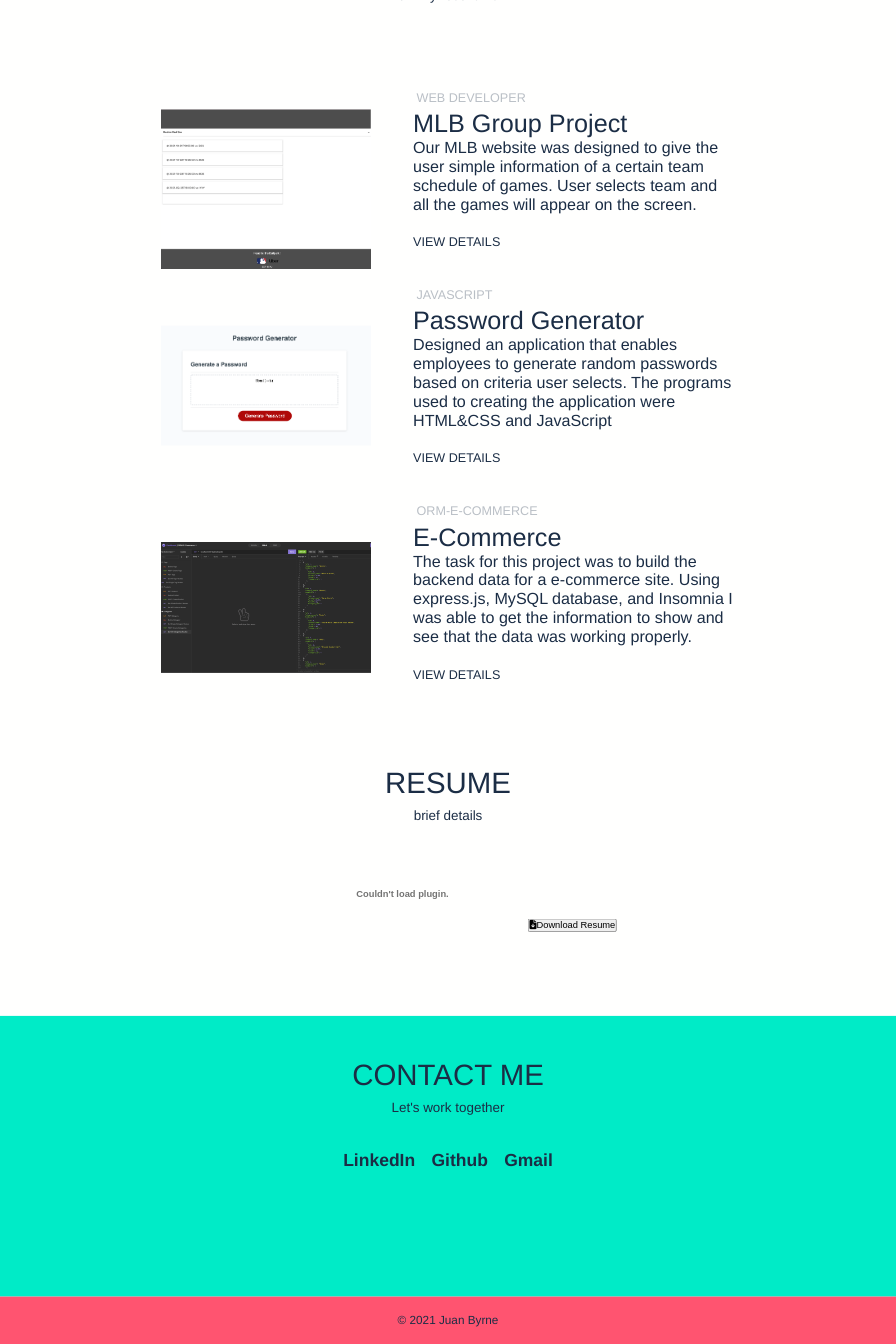
Repository: jb150524/JB-Portfolio
Page: index.html
The author's editor kept a copy of each file at every save. The page is drawn from the files as they stood at one save, then again after the next save.
The browser window is 1280 px wide. The pictures show the part of the page from y = 2436 to 4356 px (the page is 4356 px tall), at 70% of full size.
Some web libraries are served in a nearby version.

Above is the page before, as saved 2021-09-25 21:26:30.

After the next save:
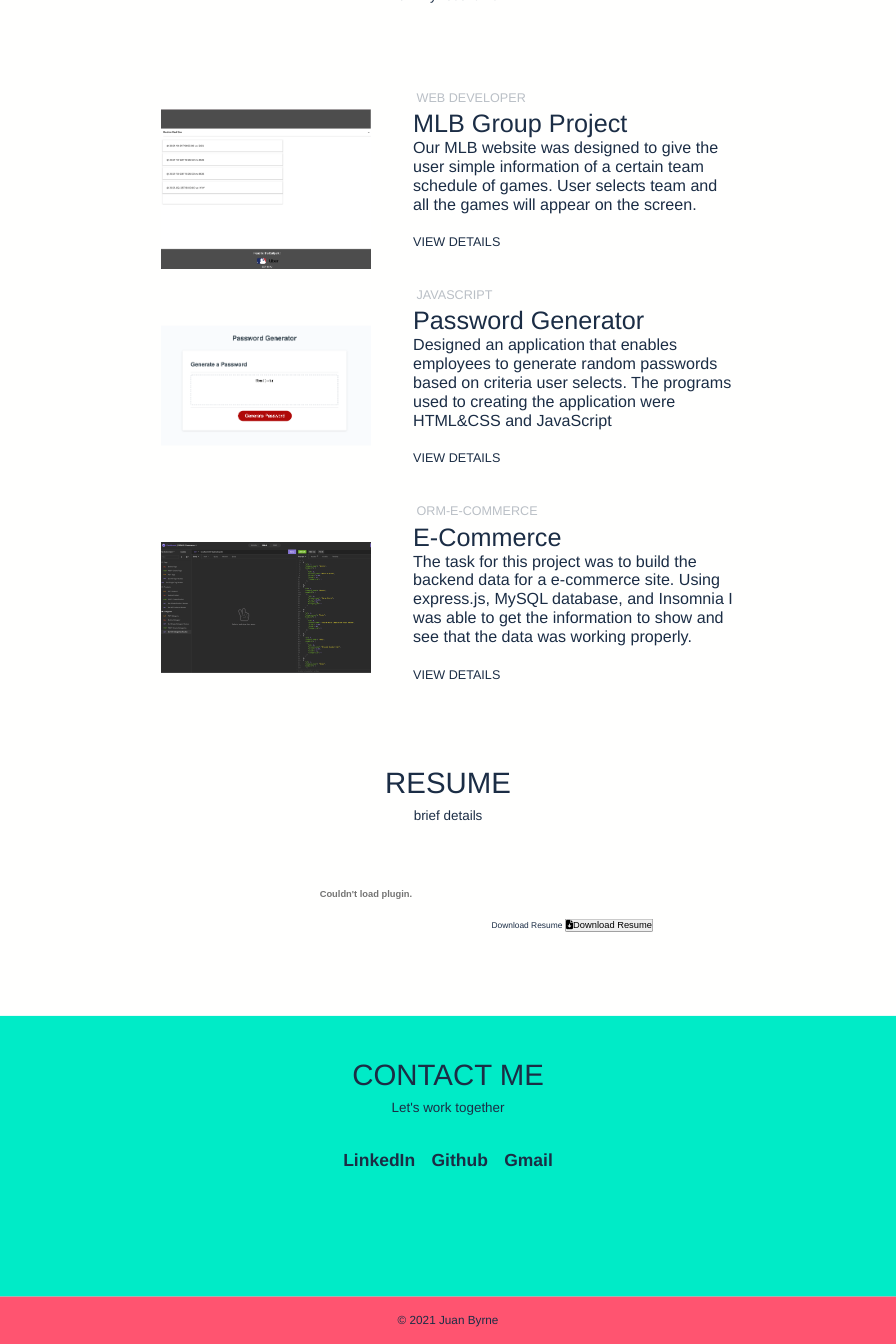
Saved 3 min 33 s later.
--- a/index.html
+++ b/index.html
@@ -146,6 +146,7 @@
           <h6>brief details</h6>
           <embed src="/images/FullStackDeveloper2021Resume.pdf" type="application/pdf" width="55%" height="100px" />
           <!-- <input type="button" value="Download!"> -->
+          <a href="#" class="cta">Download Resume</a>
           <button class="btn"><i class="fas fa-file-download"></i>Download Resume</button>
         </div>
       </div>
